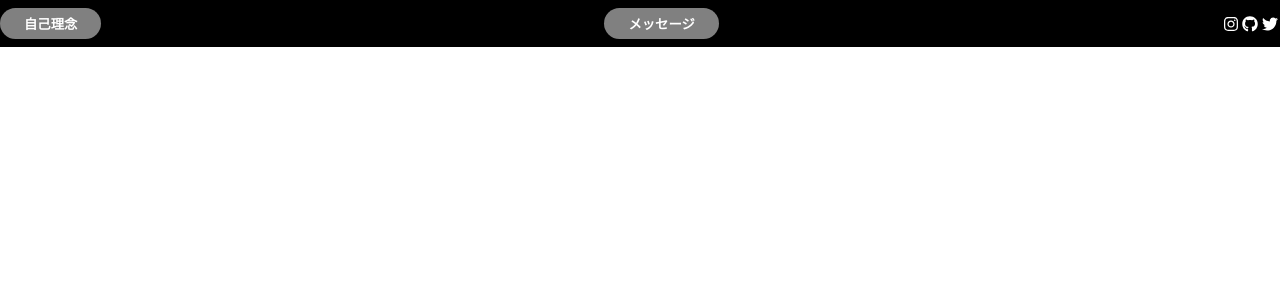
Repository: Rujuu-prog/react-mysite
Page: /
The author's editor kept a copy of each file at every save. The page is drawn from the files as they stood at one save, then again after the next save.
The browser window is 1280 px wide. The pictures show the whole page.
The project was rebuilt for these pictures with package versions that can differ from the ones it lists, and the page was loaded fresh each time. A package was used in the major version that the imports need, not the one package.json lists.

Above is the page before, as saved 2021-05-12 15:44:21.

### src/App.tsx
import React from 'react';
import { BrowserRouter, Link, Switch, Route } from "react-router-dom";
// import { Router } from "./router/Router";
import './App.css';
import { PrimaryButton } from './components/atoms/button/PrimaryButton';
import { Github } from './components/atoms/icon/Github';
import { Instagram } from './components/atoms/icon/Instagram';
import { Twitter } from './components/atoms/icon/Twitter';
import { IconList } from './components/molecules/IconList';
import { HeaderOnly } from './components/templates/HeaderOnly';



export default function App() {
  return (
    // <BrowserRouter>
      <div className="App" >
        <HeaderOnly/>

      </div>
    // </BrowserRouter>
  );
}

### src/components/templates/HeaderOnly.tsx
import React from "react";
import { Link } from "react-router-dom";
import styled from "styled-components";

import { Header } from "../atoms/layout/Header";
import { PrimaryButton } from "../atoms/button/PrimaryButton"
import { IconList } from "../molecules/IconList";

type Props = {
    children?: React.ReactNode;
};

export const HeaderOnly: React.FC<Props> = ({children}) => {
    return (
    <>
        <Header>
            <PrimaryButton>自己理念</PrimaryButton>
            <PrimaryButton>メッセージ</PrimaryButton>
            <IconList/>
        </Header>
        {children}
    </>
    );
};


// const SLink = styled(Link)`
//     margin: 0 8px;
// `;

### src/components/atoms/layout/Header.tsx
import React from "react";
import styled from "styled-components";

import { PrimaryButton } from '../button/PrimaryButton'

type Props = {
    children?: React.ReactNode;
}

export const Header: React.FC<Props> = ({children}) => {
    return (<SHeader>{children}</SHeader>);
};

const SHeader = styled.header`
    display: flex;
    justify-content: space-between;
    align-items: center;
    background-color: black;
    color: #fff;
    text-align: center;
    padding: 8px 0;
`;

### src/components/atoms/button/PrimaryButton.tsx
import styled from "styled-components";
import { BaseButton } from "./BaseButton";

export const PrimaryButton = (props:any) => {
    const { children } = props;
    return <SButton>{children}</SButton>;
};

const SButton = styled(BaseButton)`
    // background-color: #40514e;
    background-color: gray;
`;

### src/components/molecules/IconList.tsx
import React from "react";
import styled from "styled-components";
import { Github } from "../atoms/icon/Github";
import { Instagram } from "../atoms/icon/Instagram";
import { Twitter } from "../atoms/icon/Twitter";

export const IconList:React.FC = () => {
    return(
        <SIconContainer>
            <Instagram/>
            <Github/>
            <Twitter/>
        </SIconContainer>
    );
};

const SIconContainer = styled.div`
    display: flex;
    align-items: center;
`;

### src/components/atoms/button/BaseButton.tsx
import styled from "styled-components";

export const BaseButton = styled.button`
    color: #fff;
    font-weight: bold;
    padding: 6px 24px;
    border: none;
    border-radius: 9999px;
    outline: none;
    &:hover {
        cursor: pointer;
        opacity: 0.8;
    }
`;

### src/components/atoms/icon/Github.tsx
import { faGithub, faInstagram } from "@fortawesome/free-brands-svg-icons";
import { FontAwesomeIcon } from "@fortawesome/react-fontawesome"

const IconStyle = {
    padding:"2",
    fontsize:"50"
}

export const Github:React.FC = () => {
    return(<FontAwesomeIcon style={IconStyle} icon={faGithub}></FontAwesomeIcon>);
}

### src/components/atoms/icon/Instagram.tsx
import { faInstagram } from "@fortawesome/free-brands-svg-icons";
import { FontAwesomeIcon } from "@fortawesome/react-fontawesome"

const IconStyle = {
    padding:"2",
    fontsize:"50"
}

export const Instagram:React.FC = () => {
    return(<FontAwesomeIcon style={IconStyle} icon={faInstagram}></FontAwesomeIcon>);
}

### src/components/atoms/icon/Twitter.tsx
import { faInstagram, faTwitter } from "@fortawesome/free-brands-svg-icons";
import { FontAwesomeIcon } from "@fortawesome/react-fontawesome"

const IconStyle = {
    padding:"2",
    fontsize:"50"
}

export const Twitter:React.FC = () => {
    return(<FontAwesomeIcon style={IconStyle} icon={faTwitter}></FontAwesomeIcon>);
}

Loaded but not shown: public/index.html (common file); src/index.tsx (common file); src/index.css (common file); src/reportWebVitals.ts (common file); src/App.css (common file)

After the next save:
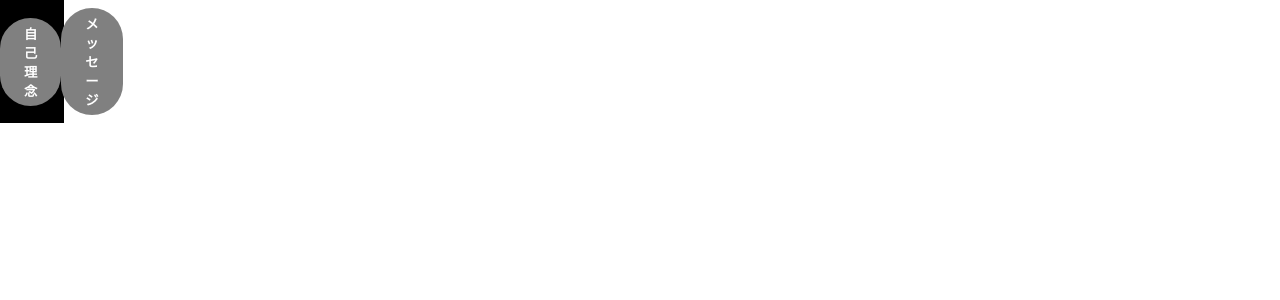
Saved 78 s later.
--- a/src/components/atoms/layout/Header.tsx
+++ b/src/components/atoms/layout/Header.tsx
@@ -15,6 +15,7 @@
     display: flex;
     justify-content: space-between;
     align-items: center;
+    width: 5%;
     background-color: black;
     color: #fff;
     text-align: center;

After the save that followed:
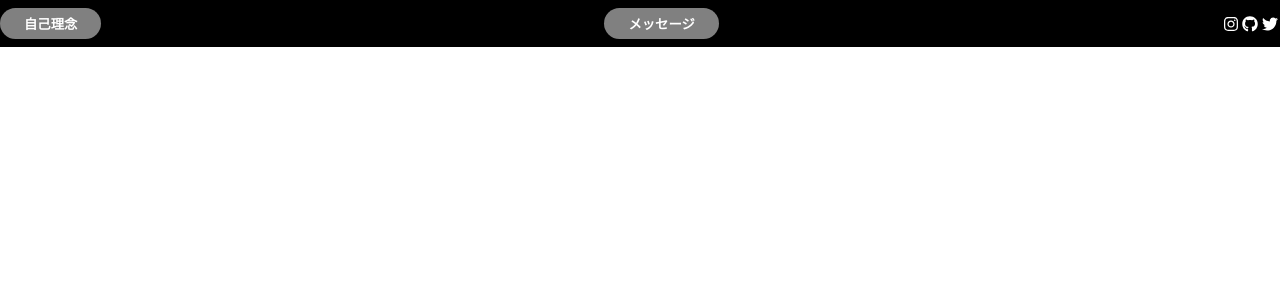
Saved 49 s later.
--- a/src/components/atoms/layout/Header.tsx
+++ b/src/components/atoms/layout/Header.tsx
@@ -15,7 +15,8 @@
     display: flex;
     justify-content: space-between;
     align-items: center;
-    width: 5%;
+    width: 100%;
+    height: 5%;
     background-color: black;
     color: #fff;
     text-align: center;
